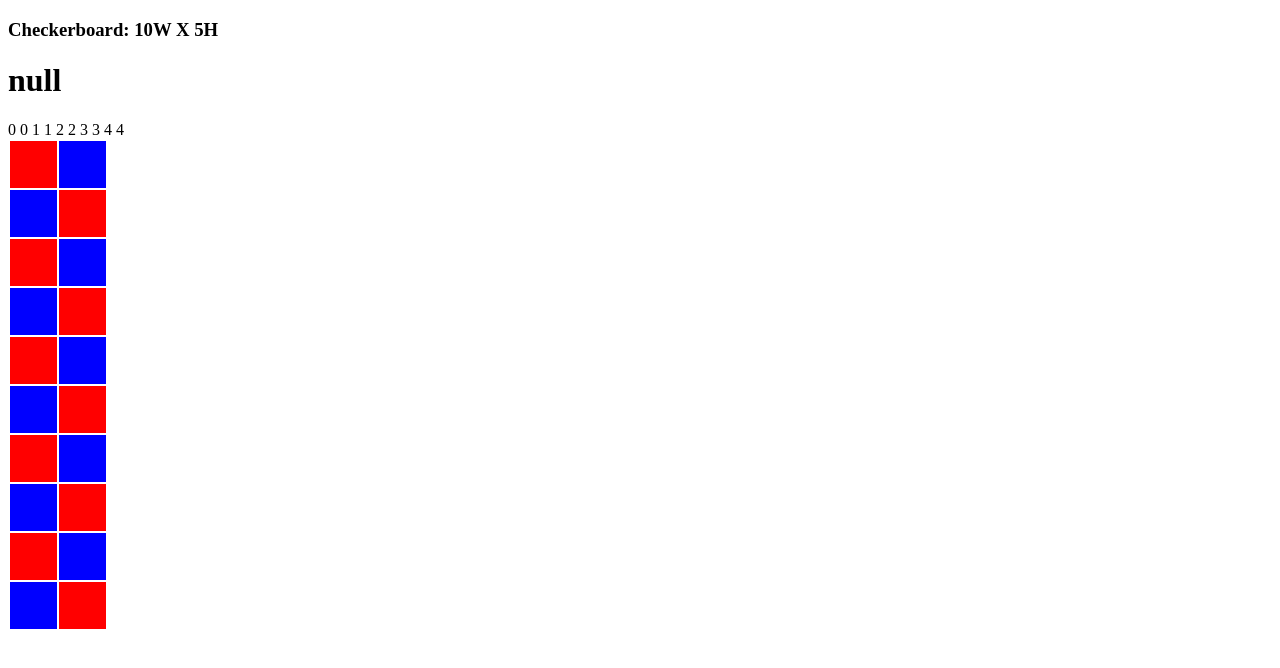
Repository: ben-mandakh/Java-Projects
Page: http://localhost/CheckerBoard/CheckerBoard.jsp
The author's editor kept a copy of each file at every save. The page is drawn from the files as they stood at one save, then again after the next save.
The browser window is 1280 px wide. The pictures show the whole page.
The page is served by Tomcat 9.

Above is the page before, as saved 2019-08-09 02:48:44.

### CheckerBoard/WebContent/CheckerBoard.jsp
<%@ page language="java" contentType="text/html; charset=ISO-8859-1"
    pageEncoding="ISO-8859-1"%>
<!DOCTYPE html>
<html>
<head>
<meta charset="ISO-8859-1">
<title>Checker Board</title>
</head>
<body>


	<h3> Checkerboard: 10W X 5H</h3>
	<!-- getting the value for the name parameter -->
    <% String req = request.getParameter("name"); %>
    <!-- displaying the value -->
    <h1><%= req %></h1>



	<table>
	   <% for(int i = 0; i<5; i++){ %>
		<tr>  <%= i %>
			<th style="width:45px; height:45px; background-color: red"> </th>
			<th style="width:45px; height:45px; background-color: blue"> </th>
			 <%= i %>
		</tr>

		<tr>

			<th style="width:45px; height:45px; background-color: blue"> </th>
			<th style="width:45px; height:45px; background-color: red"> </th>

		</tr>
		<% } %>
	</table>




</body>
</html>

After the next save:
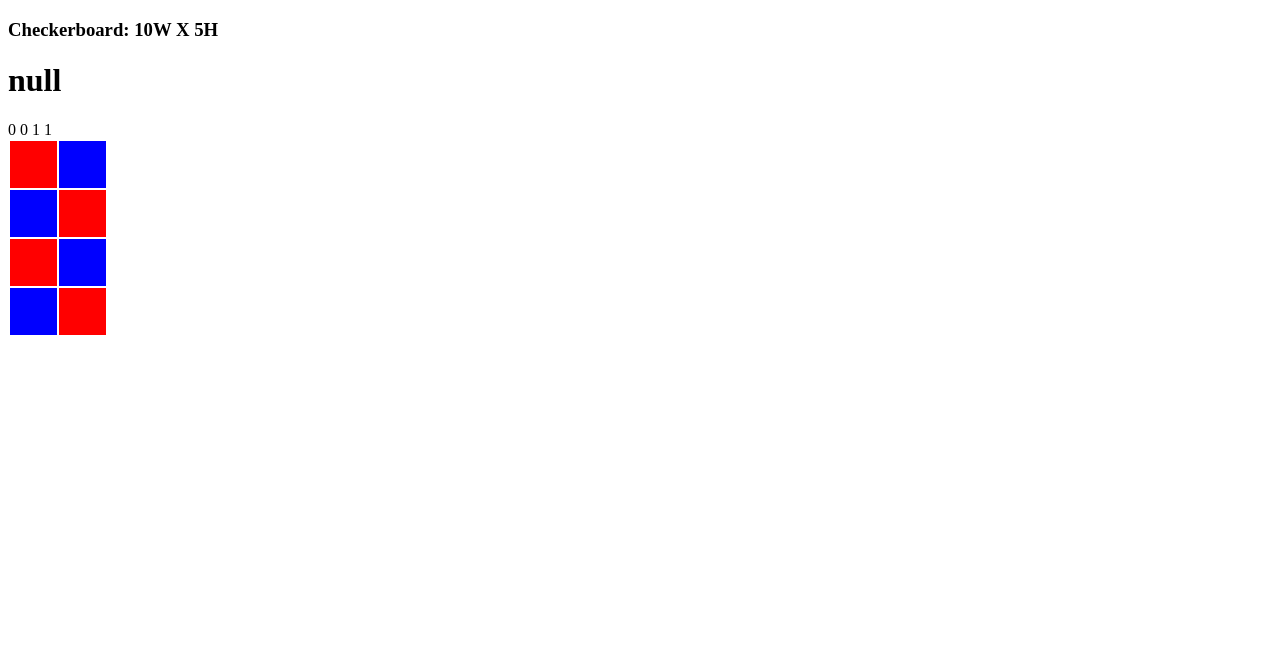
Saved 43 s later.
--- a/CheckerBoard/WebContent/CheckerBoard.jsp
+++ b/CheckerBoard/WebContent/CheckerBoard.jsp
@@ -18,13 +18,12 @@
 
 
 	<table>
-	   <% for(int i = 0; i<5; i++){ %>
+	   <% for(int i = 0; i<2; i++){ %>
 		<tr>  <%= i %>
 			<th style="width:45px; height:45px; background-color: red"> </th>
 			<th style="width:45px; height:45px; background-color: blue"> </th>
 			 <%= i %>
 		</tr>
-
 		<tr>
 
 			<th style="width:45px; height:45px; background-color: blue"> </th>
